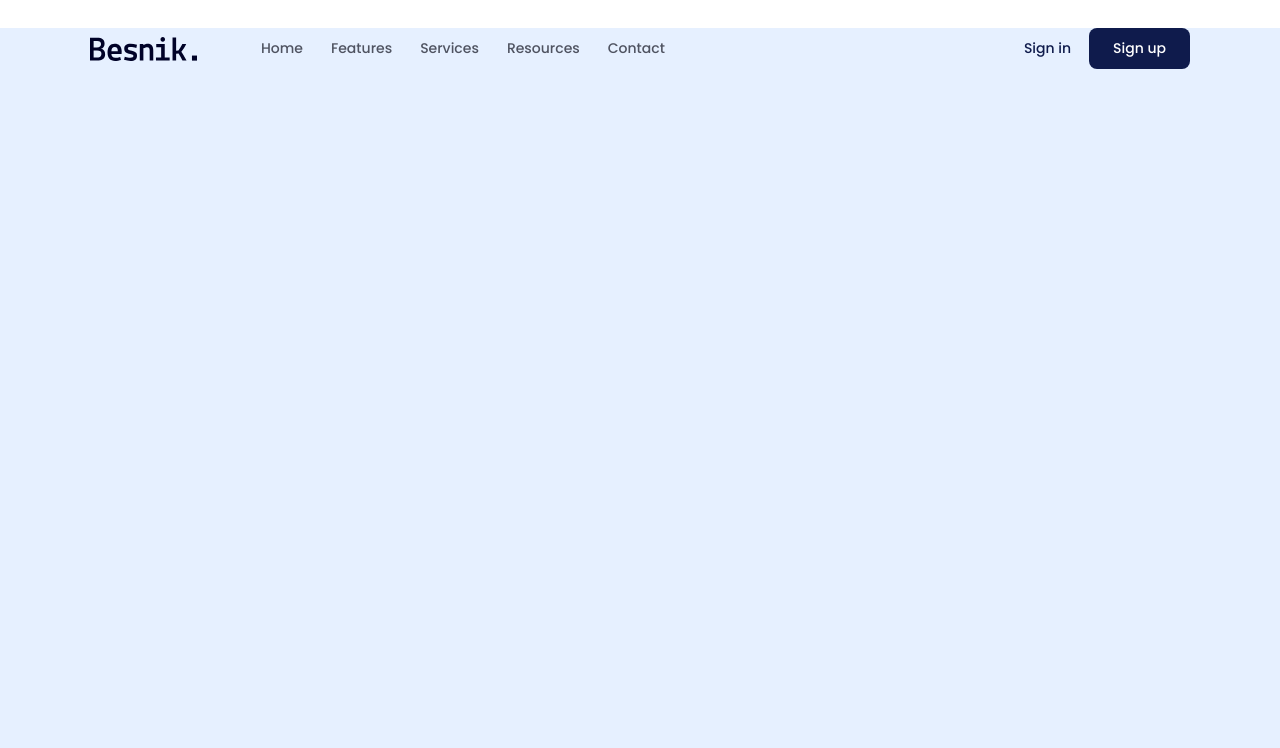
Repository: ducvui2003/f8-project-01
Page: index.html
The author's editor kept a copy of each file at every save. The page is drawn from the files as they stood at one save, then again after the next save.
The browser window is 1280 px wide. The pictures show the whole page.

Above is the page before, as saved 2023-06-16 10:14:21.

After the next save:
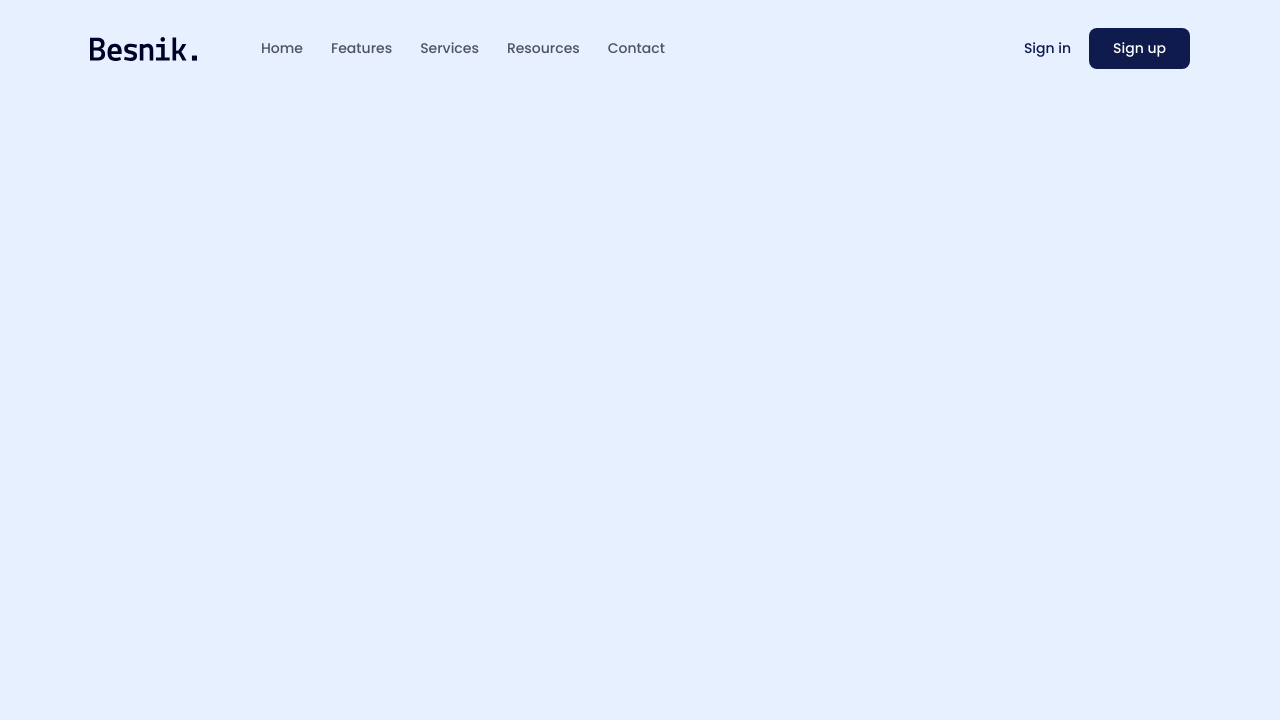
Saved 12 s later.
--- a/asset/css/styles.css
+++ b/asset/css/styles.css
@@ -28,7 +28,7 @@
   background-color: #e6f0ff;
 }
 .header .content {
-  margin-top: 28px;
+  padding-top: 28px;
 }
 .header .nav {
   display: flex;
